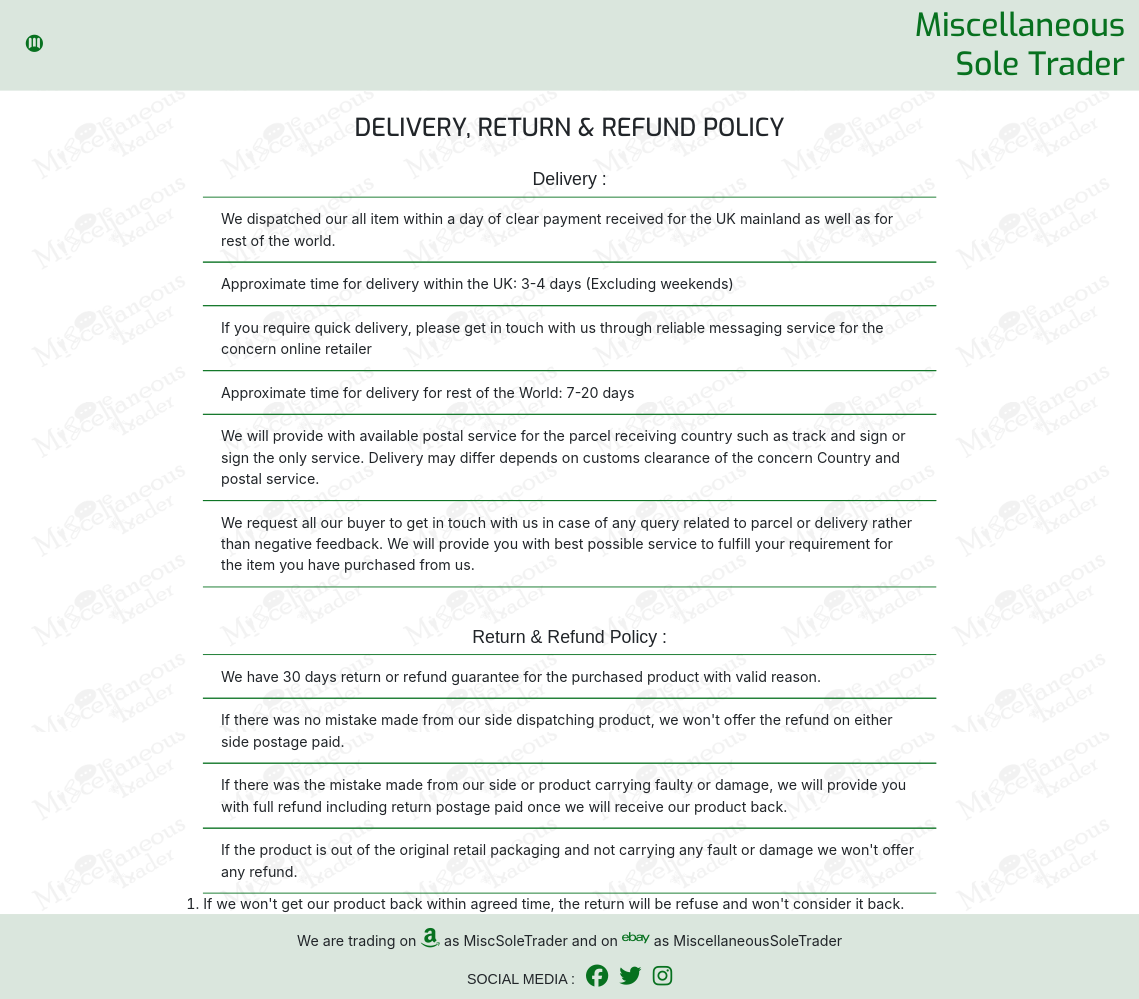
Repository: Code-Institute-Submissions/MilestoneProjectMST
Page: delretref.html
The author's editor kept a record of every edit. The page is drawn from the files as they stood at one moment, then again after the next edit.
The browser window is 1280 px wide. The pictures show the whole page, at 89% of full size.
Backgrounds fixed to the window are drawn as part of the page. Some web fonts or font styles are not loaded; a fallback is used. Some web libraries are served in a nearby version.

Above is the page before.
Console error: TypeError: Cannot read properties of undefined (reading 'fn')

After the next edit:
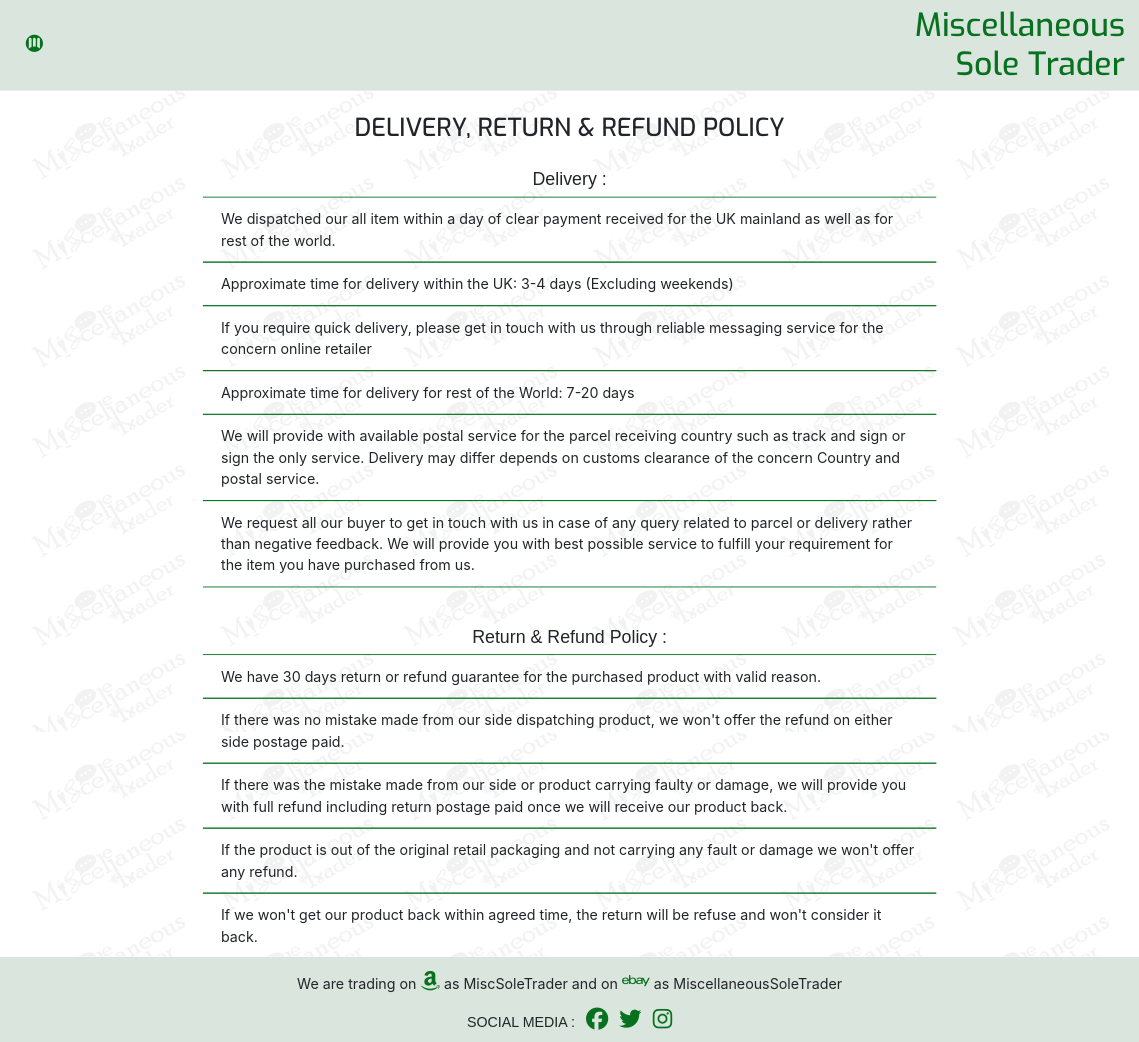
The edit:
--- a/support/style.css
+++ b/support/style.css
@@ -340,6 +340,19 @@
     border-radius: 0;
 }
 
+.list-group-delivery-last {
+    position: relative;
+    display: block;
+    padding: .75rem 1.25rem;
+    margin-bottom: -1px;
+    background-color: transparent;
+    border: 1px solid #07711f;
+    border-right: 0;
+    border-left: 0;
+    border-bottom: 0;
+    border-radius: 0;
+}
+
 /*-------------------------------------------------------------------------General--*/
 
 .uppercase {
